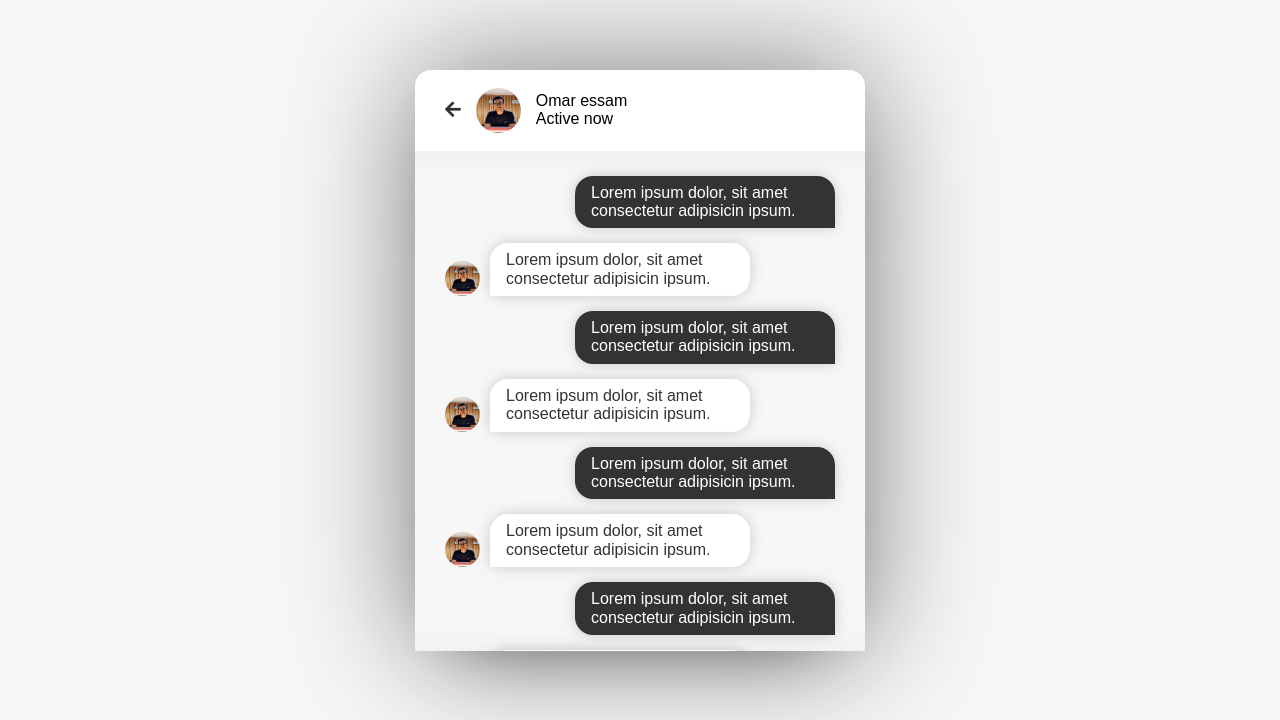
Repository: OmarEssameldinMousa/Chat-Application
Page: chat.html
The author's editor kept a copy of each file at every save. The page is drawn from the files as they stood at one save, then again after the next save.
The browser window is 1280 px wide. The pictures show the whole page.
An inner scrolling area shows only its first screen.

Above is the page before, as saved 2023-09-23 00:22:39.

After the next save:
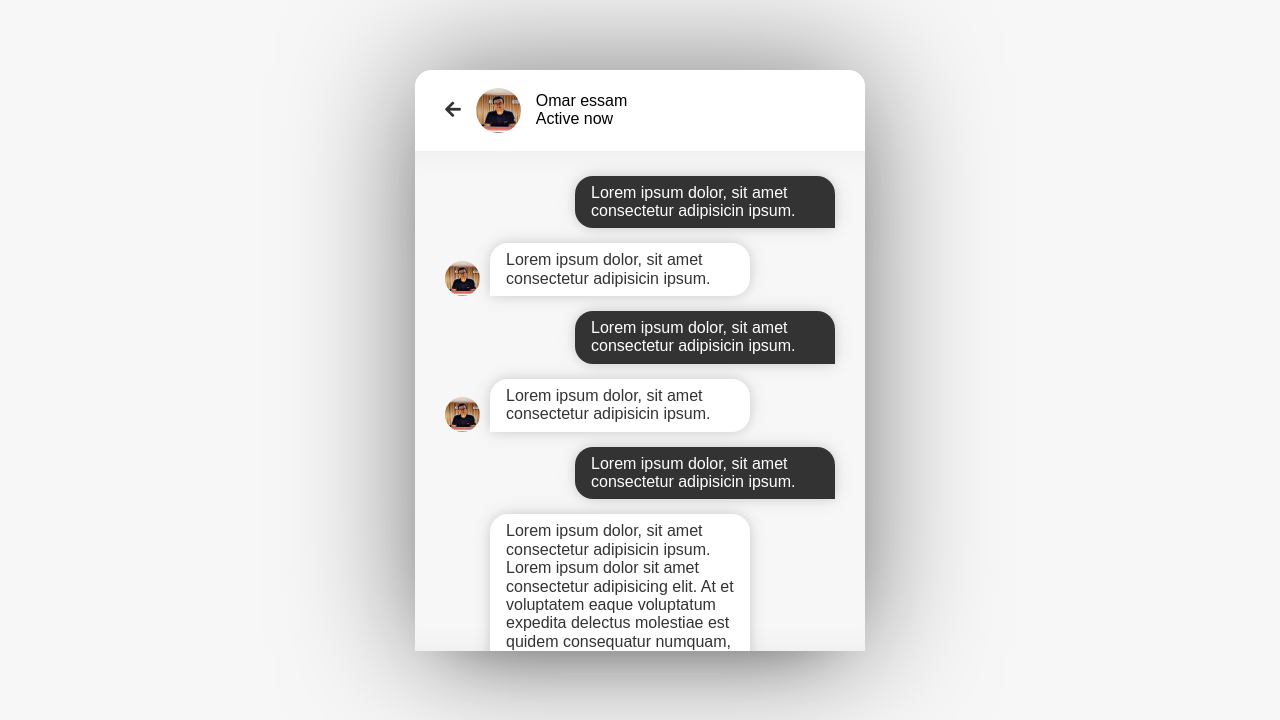
Saved 12 s later.
--- a/chat.html
+++ b/chat.html
@@ -61,7 +61,10 @@
                 <div class="chat incoming">
                     <img src="images/124374760.jpg" alt="">
                     <div class="details">
-                        <p>Lorem ipsum dolor, sit amet consectetur adipisicin ipsum.</p>
+                        <p>Lorem ipsum dolor, sit amet consectetur adipisicin ipsum. Lorem ipsum dolor sit amet
+                            consectetur adipisicing elit. At et voluptatem eaque voluptatum expedita delectus molestiae
+                            est quidem consequatur numquam, corrupti, quis veritatis neque accusamus maiores explicabo
+                            laboriosam sunt! Eaque?</p>
                     </div>
                 </div>
 
